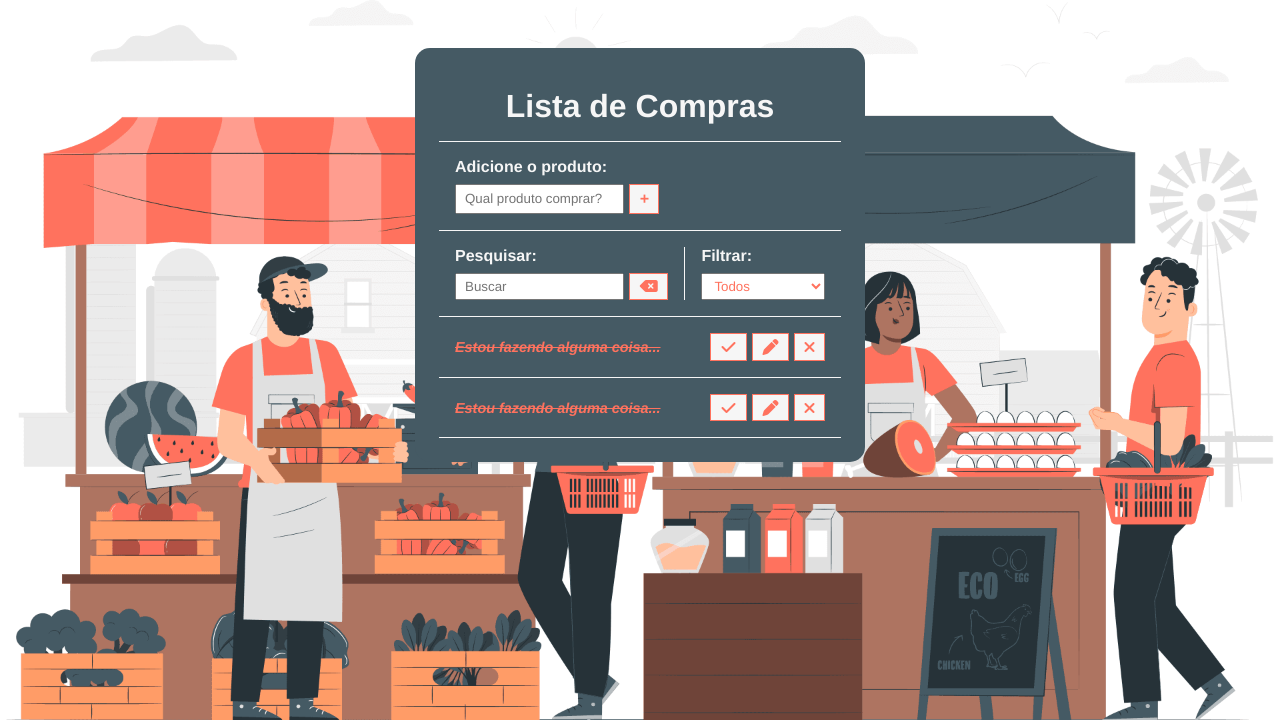
Repository: Dkrvalho/mercado
Page: index.html
The author's editor kept a copy of each file at every save. The page is drawn from the files as they stood at one save, then again after the next save.
The browser window is 1280 px wide. The pictures show the whole page.

Above is the page before, as saved 2023-01-09 19:43:22.

### index.html
<!DOCTYPE html>
<html lang="en">
<head>
    <meta charset="UTF-8">
    <meta http-equiv="X-UA-Compatible" content="IE=edge">
    <meta name="viewport" content="width=device-width, initial-scale=1.0">
    <!-- CSS -->
    <link rel="stylesheet" href="css/style.css">
    <!-- Font Awesome -->
    <link rel="stylesheet" href="https://cdnjs.cloudflare.com/ajax/libs/font-awesome/6.2.1/css/all.min.css" integrity="sha512-MV7K8+y+gLIBoVD59lQIYicR65iaqukzvf/nwasF0nqhPay5w/9lJmVM2hMDcnK1OnMGCdVK+iQrJ7lzPJQd1w==" crossorigin="anonymous" referrerpolicy="no-referrer" />
    <!-- JS -->
    <script src="js/script.js" defer></script>
    <!-- defer faz com que o js seja carregado após o html -->
    <title>Lista de Compras</title>
</head>
<body>
    <main class="container">
        <header>
            <h1>Lista de Compras</h1>
        </header>
        <form id="todo-form">
            <p>Adicione o produto:</p>
            <div class="form-control">
                <input type="text" id="todo-input" placeholder="Qual produto comprar?">
                <button type="submit" aria-label="adicionar">
                    <i class="fa-thin fa-plus"></i>
                </button>
            </div>
        </form>
        <form id="edit-form" class="hide">
            <p>Edite o produto</p>
            <div class="form-control">
                <input type="text" id="edit-input" aria-label="adicionar produto">
                <button type="submit" aria-label="confirmar edição">
                    <i class="fa-solid fa-check-double"></i>
                </button>
            </div>
            <button id="cancel-edit-btn" type="submit">Cancelar</button>
        </form>
        <div id="toolbar">
            <div id="search">
                <h4>Pesquisar:</h4>
                <form>
                    <input type="text" id="search-input" placeholder="Buscar">
                    <button id="erase-btn" aria-label="deletar" type="button">
                        <i class="fa-solid fa-delete-left"></i>
                    </button>
                </form>
            </div>
            <div id="filter">
                <h4>Filtrar:</h4>
                <select id="filter-select" aria-label="selecionar">
                    <option value="all">Todos</option>
                    <option value="done">Comprados</option>
                    <option value="todo">A comprar</option>
                </select>
            </div>
        </div>
        <div id="todo-list">
            <div class="todo done">
                <h3>Estou fazendo alguma coisa...</h3>
                <button class="finish-todo" type="button" aria-label="finalizar">
                    <i class="fa-solid fa-check"></i>
                </button>
                <button class="edit-todo" type="button" aria-label="editar">
                    <i class="fa-solid fa-pen"></i>
                </button>
                <button class="remove-todo" type="button" aria-label="excluir">
                    <i class="fa-solid fa-xmark"></i>
                </button>
            </div>
            <div class="todo done">
                <h3>Estou fazendo alguma coisa...</h3>
                <button class="finish-todo" type="button" aria-label="finalizar">
                    <i class="fa-solid fa-check"></i>
                </button>
                <button class="edit-todo" type="button" aria-label="editar">
                    <i class="fa-solid fa-pen"></i>
                </button>
                <button class="remove-todo" type="button" aria-label="excluir">
                    <i class="fa-solid fa-xmark"></i>
                </button>
            </div>
        </div>
    </main>
</body>
</html>

### css/style.css
/* Geral */
* {
    padding: 0;
    margin: 0;
    font-family: Helvetica, sans-serif, Arial;
    color: #f6f6f6;
    box-sizing: border-box;
}

html {
    background: url(../img/fundo.png) no-repeat center center fixed;
    -webkit-background-size: cover;
    -moz-background-size: cover;
    -o-background-size: cover;
    background-size: cover;
  }

button {
    background-color: #f6f6f6;
    color: #ff725e;
    border: 1px solid #ff725e;
    padding: .3rem .6rem;
    font-size: 1rem;
    cursor: pointer;
    display: flex;
    justify-content: center;
    align-items: center;
    transition: .4s;
}

button:hover {
    background-color: #ff725e;
    color: #f6f6f6;
}

button:hover > i {
    color: #f6f6f6;
}

button i {
    color: #ff725e;
    font-weight: bold;
    pointer-events: none;
}

input, select {
    padding: .25rem .5rem;
}

input, select, textarea{
    color: #455a64;
}

textarea:focus, input:focus {
    color: #455a64;
}

.hide {
    display: none;
}

/* To Do Header */
.container {
    max-width: 450px;
    margin: 3rem auto;
    background-color: #455a64;
    padding: 1.5rem;
    border-radius: 15px;
}

.container header {
    text-align: center;
    padding: 1rem 1rem;
    border-bottom: 1.5px solid #f6f6f6;
}

/* Form */
#todo-form, #edit-form {
    padding: 1rem;
    border-bottom: 1.5px solid #f6f6f6;
}

#todo-form p, #edit-form p {
    margin-bottom: .5rem;
    font-weight: bold;
}

.form-control {
    display: flex;
}

.form-control input {
    margin-right: .3rem;
}

#cancel-edit-btn {
    margin-top: 1rem;
}

/* To Do toolbar */
#toolbar {
    padding: 1rem;
    border-bottom: 1.5px solid #f6f6f6;
    display: flex;
}

#toolbar h4 {
    margin-bottom: .5rem;
}

#search {
    border-right: 1.5px solid #f6f6f6;
    padding-right: 1rem;
    margin-right: 1rem;
    width: 65%;
    display: flex;
    flex-direction: column;
}

#search form {
    display: flex;
}

#search input {
    width: 100%;
    margin-right: .3rem;
}

#filter {
    width: 35%;
    display: flex;
    flex-direction: column;
}

#filter select {
    flex: 1;
    color: #ff725e;
}

#filter select option {
    color: #ff725e;
}

/* To Do List */

.todo {
    display: flex;
    justify-content: space-around;
    align-items: center;
    padding: 1rem;
    border-bottom: 1px solid #f6f6f6;
    transition: .4s;
}

.todo h3 {
    flex: 1;
    font-size: .9rem;
}

.todo button {
    margin-left: .3rem;
}

.done h3 {
    color: #ff725e;
    text-decoration: line-through;
    font-style: italic;
}

Loaded but not shown: js/script.js (no copy from this time; the picture is the same without it)

After the next save:
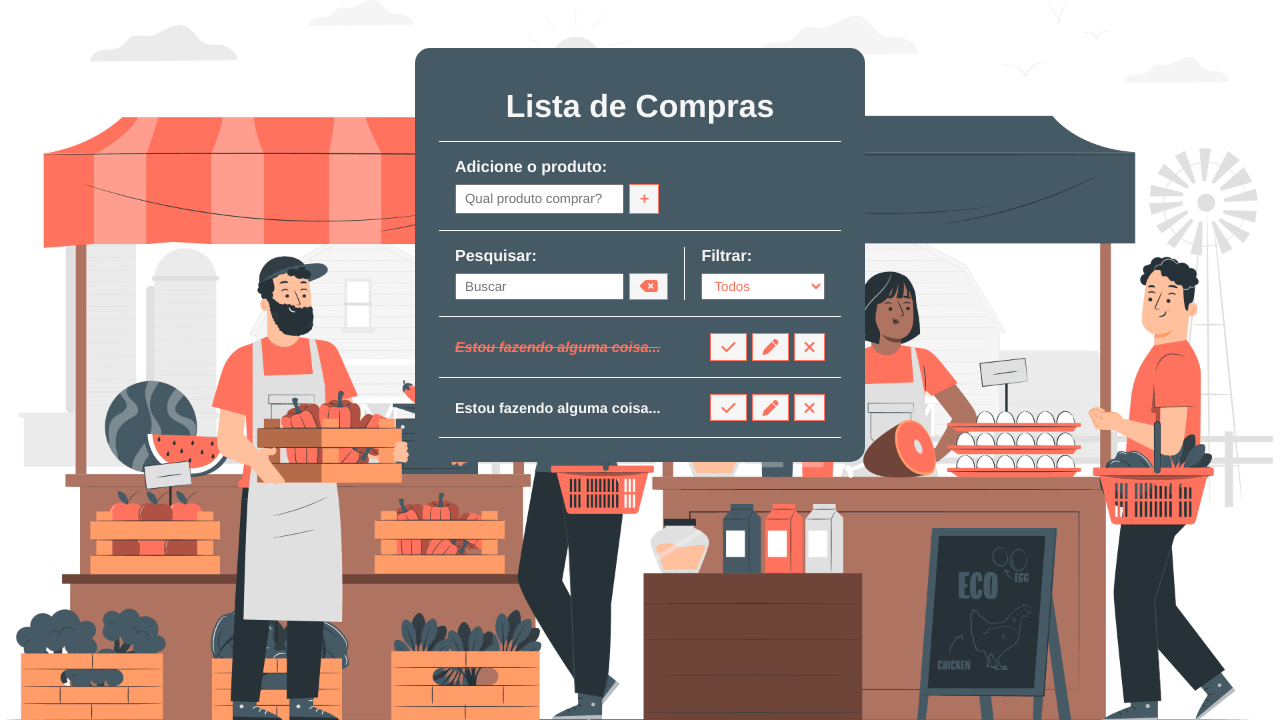
Saved 4 s later.
--- a/index.html
+++ b/index.html
@@ -69,7 +69,7 @@
                     <i class="fa-solid fa-xmark"></i>
                 </button>
             </div>
-            <div class="todo done">
+            <div class="todo">
                 <h3>Estou fazendo alguma coisa...</h3>
                 <button class="finish-todo" type="button" aria-label="finalizar">
                     <i class="fa-solid fa-check"></i>
